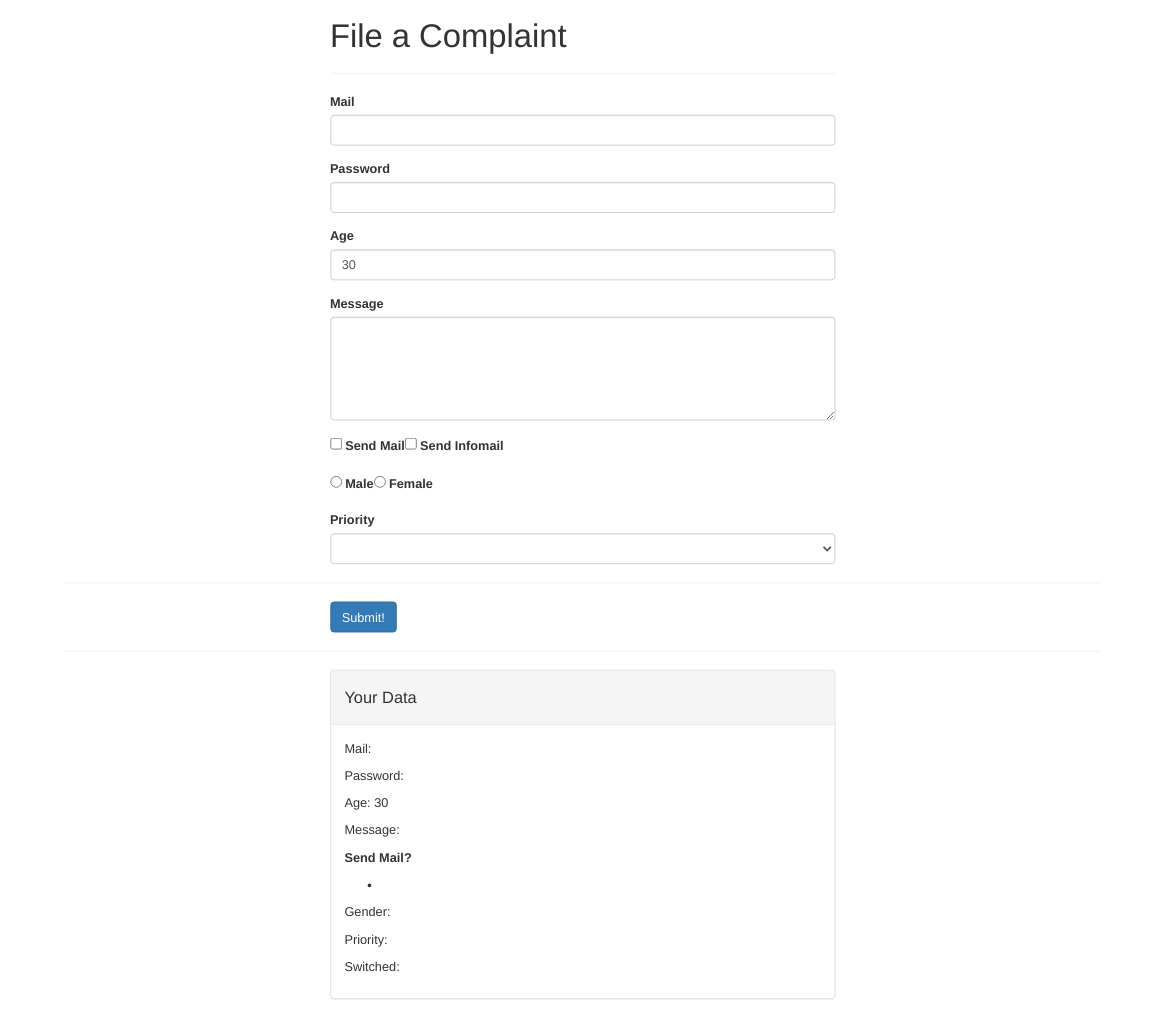
Repository: wojkos/Learn
Page: / (app in Vue/module_form/)
The author's editor kept a copy of each file at every save. The page is drawn from the files as they stood at one save, then again after the next save.
The browser window is 1280 px wide. The pictures show the whole page, at 91% of full size.
The project was rebuilt for these pictures with package versions that can differ from the ones it lists, and the page was loaded fresh each time. Also part of the build but not shown: Vue/module_form/webpack.config.js.

Above is the page before, as saved 2018-05-15 22:20:15.

### Vue/module_form/src/App.vue
<template>
    <div class="container">
        <form>
            <div class="row">
                <div class="col-xs-12 col-sm-8 col-sm-offset-2 col-md-6 col-md-offset-3">
                    <h1>File a Complaint</h1>
                    <hr>
                    <div class="form-group">
                        <label for="email">Mail</label>
                        <input
                                type="text"
                                id="email"
                                class="form-control"
                                v-model="userData.email">
                    </div>
                    <div class="form-group">
                        <label for="password">Password</label>
                        <input
                                type="password"
                                id="password"
                                class="form-control"
                                v-model="userData.password">
                    </div>
                    <div class="form-group">
                        <label for="age">Age</label>
                        <input
                                type="number"
                                id="age"
                                class="form-control"
                                v-model="userData.age">
                    </div>

                </div>
            </div>
            <div class="row">
                <div class="col-xs-12 col-sm-8 col-sm-offset-2 col-md-6 col-md-offset-3 form-group">
                    <label for="message">Message</label><br>
                    <!-- Interpolation between <textarea>{{ test }}</textarea> doesn't work!-->
                    <textarea
                            id="message"
                            rows="5"
                            class="form-control"></textarea>
                </div>
            </div>
            <div class="row">
                <div class="col-xs-12 col-sm-8 col-sm-offset-2 col-md-6 col-md-offset-3">
                    <div class="form-group">
                        <label for="sendmail">
                            <input
                                    type="checkbox"
                                    id="sendmail"
                                    value="SendMail"> Send Mail
                        </label>
                        <label for="sendInfomail">
                            <input
                                    type="checkbox"
                                    id="sendInfomail"
                                    value="SendInfoMail"> Send Infomail
                        </label>
                    </div>

                </div>
            </div>
            <div class="row">
                <div class="col-xs-12 col-sm-8 col-sm-offset-2 col-md-6 col-md-offset-3 form-group">
                    <label for="male">
                        <input
                                type="radio"
                                id="male"
                                value="Male"> Male
                    </label>
                    <label for="female">
                        <input
                                type="radio"
                                id="female"
                                value="Female"> Female
                    </label>
                </div>
            </div>
            <div class="row">
                <div class="col-xs-12 col-sm-8 col-sm-offset-2 col-md-6 col-md-offset-3 from-group">
                    <label for="priority">Priority</label>
                    <select
                            id="priority"
                            class="form-control">
                        <option></option>
                    </select>
                </div>
            </div>
            <hr>
            <div class="row">
                <div class="col-xs-12 col-sm-8 col-sm-offset-2 col-md-6 col-md-offset-3">
                    <button
                            class="btn btn-primary">Submit!
                    </button>
                </div>
            </div>
        </form>
        <hr>
        <div class="row">
            <div class="col-xs-12 col-sm-8 col-sm-offset-2 col-md-6 col-md-offset-3">
                <div class="panel panel-default">
                    <div class="panel-heading">
                        <h4>Your Data</h4>
                    </div>
                    <div class="panel-body">
                        <p>Mail: {{ userData.email }}</p>
                        <p>Password: {{ userData.password }}</p>
                        <p>Age: {{ userData.age }}</p>
                        <p>Message: </p>
                        <p><strong>Send Mail?</strong></p>
                        <ul>
                            <li></li>
                        </ul>
                        <p>Gender:</p>
                        <p>Priority:</p>
                        <p>Switched:</p>
                    </div>
                </div>
            </div>
        </div>
    </div>
</template>

<script>
    export default {
        data () {
            return {
                userData: {
                    email: '',
                    password: '',
                    age: 30
                }
            }
        }
    }
</script>

<style>

</style>

Loaded but not shown: Vue/module_form/index.html (common file); Vue/module_form/src/main.js (common file)

After the next save:
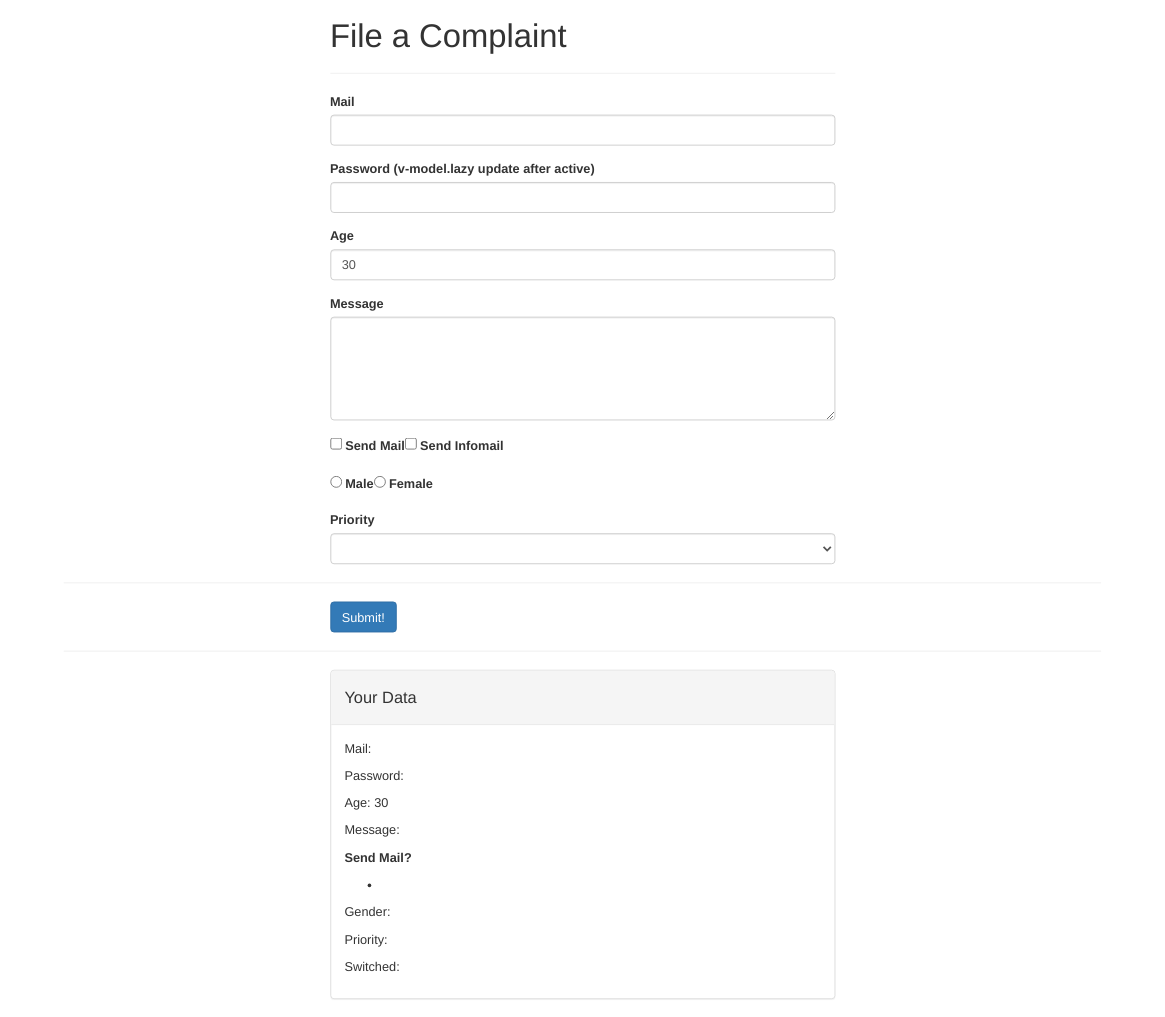
Saved 7 min 28 s later.
--- a/Vue/module_form/src/App.vue
+++ b/Vue/module_form/src/App.vue
@@ -14,12 +14,12 @@
                                 v-model="userData.email">
                     </div>
                     <div class="form-group">
-                        <label for="password">Password</label>
+                        <label for="password">Password (v-model.lazy update after active)</label>
                         <input
                                 type="password"
                                 id="password"
                                 class="form-control"
-                                v-model="userData.password">
+                                v-model.lazy="userData.password">
                     </div>
                     <div class="form-group">
                         <label for="age">Age</label>
